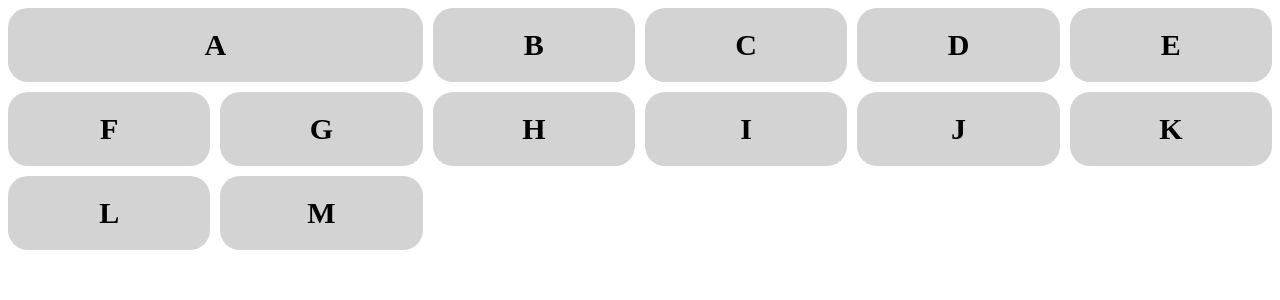
Repository: Yevhen94/nixhw
Page: fourth-lesson/index.html
The author's editor kept a copy of each file at every save. The page is drawn from the files as they stood at one save, then again after the next save.
The browser window is 1280 px wide. The pictures show the whole page.

Above is the page before, as saved 2022-02-08 14:41:30.

After the next save:
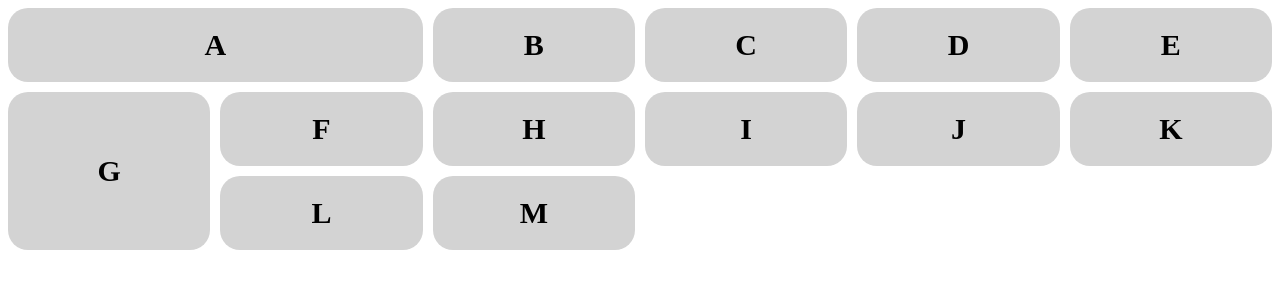
Saved 36 s later.
--- a/fourth-lesson/styles/index.css
+++ b/fourth-lesson/styles/index.css
@@ -53,3 +53,7 @@
 .two-in-one {
   grid-column: 1 / span 2;
 }
+
+.four-in-one {
+  grid-row: 2 / span 2;
+}
